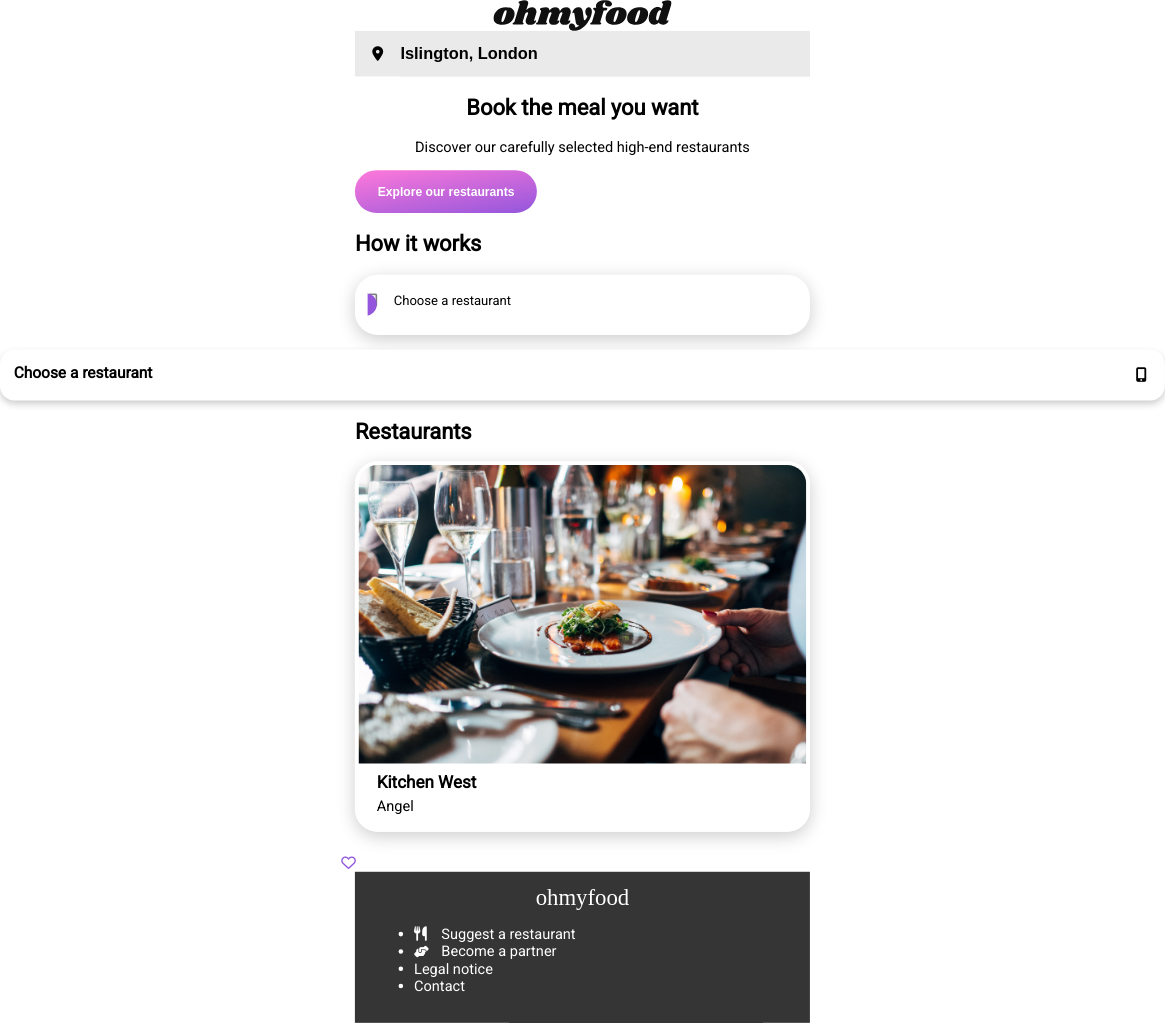
Repository: R1ptou/Project-3
Page: index.html
These files come from the project's save history. The page is drawn as it stood at one moment and after the next save; the edit follows.
The browser window is 1280 px wide. The pictures show the whole page, at 91% of full size.
Some web fonts or font styles are not loaded; a fallback is used. The style sheet was rebuilt from its Sass, Less or Tailwind sources for each picture, by a compiler version that may differ from the author's.

Above is the page before, as saved 2024-03-24 21:28:20.

After the next save:
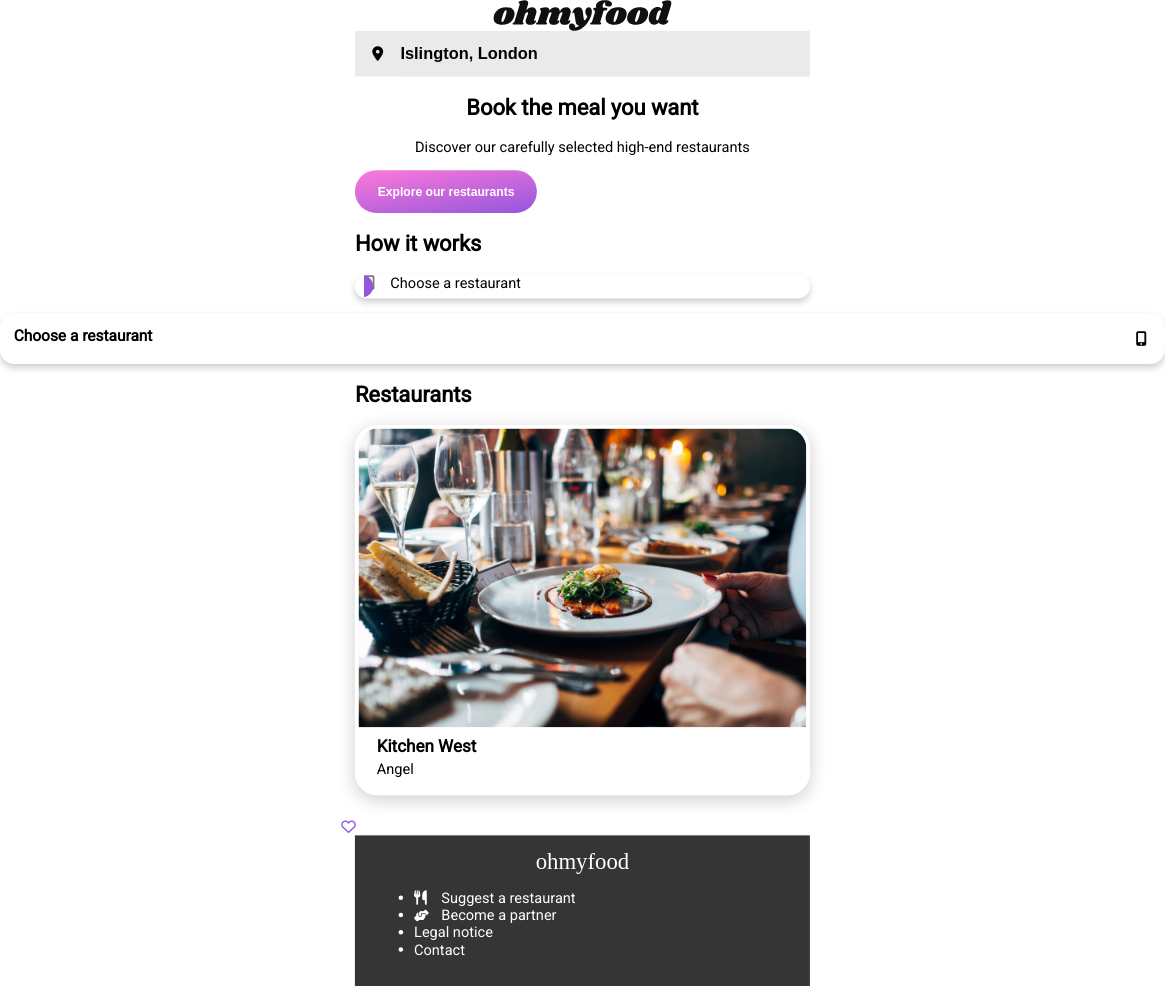
Saved 64 s later.
--- a/index.html
+++ b/index.html
@@ -34,7 +34,7 @@
     <main>
         <section class="container">
             <h2>How it works</h2>
-            <ol class="list-group numbered card card-rest">
+            <ol class="list-group numbered menu-item">
                 <li class="list-item">
                     <span class="icon-pic fa-solid fa-mobile-screen-button"></span>
                     <span class="card-text">Choose a restaurant</span>

After the 4 saves that followed:
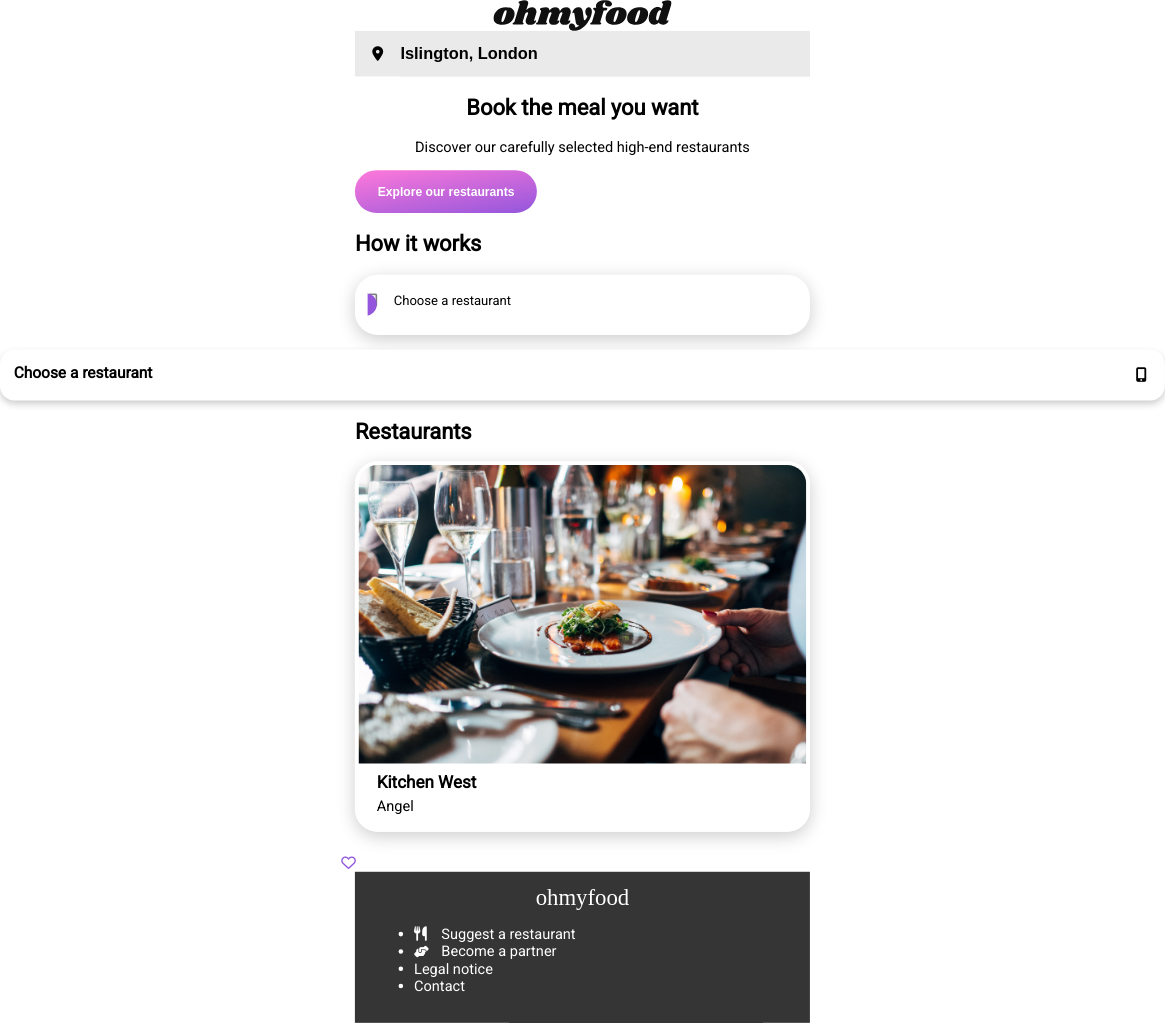
The 4 saves are shown as one change because 3 left the picture as it was.
The last was saved 107 s later.
--- a/index.html
+++ b/index.html
@@ -34,7 +34,7 @@
     <main>
         <section class="container">
             <h2>How it works</h2>
-            <ol class="list-group numbered menu-item">
+            <ol class="list-group numbered card card-rest">
                 <li class="list-item">
                     <span class="icon-pic fa-solid fa-mobile-screen-button"></span>
                     <span class="card-text">Choose a restaurant</span>
